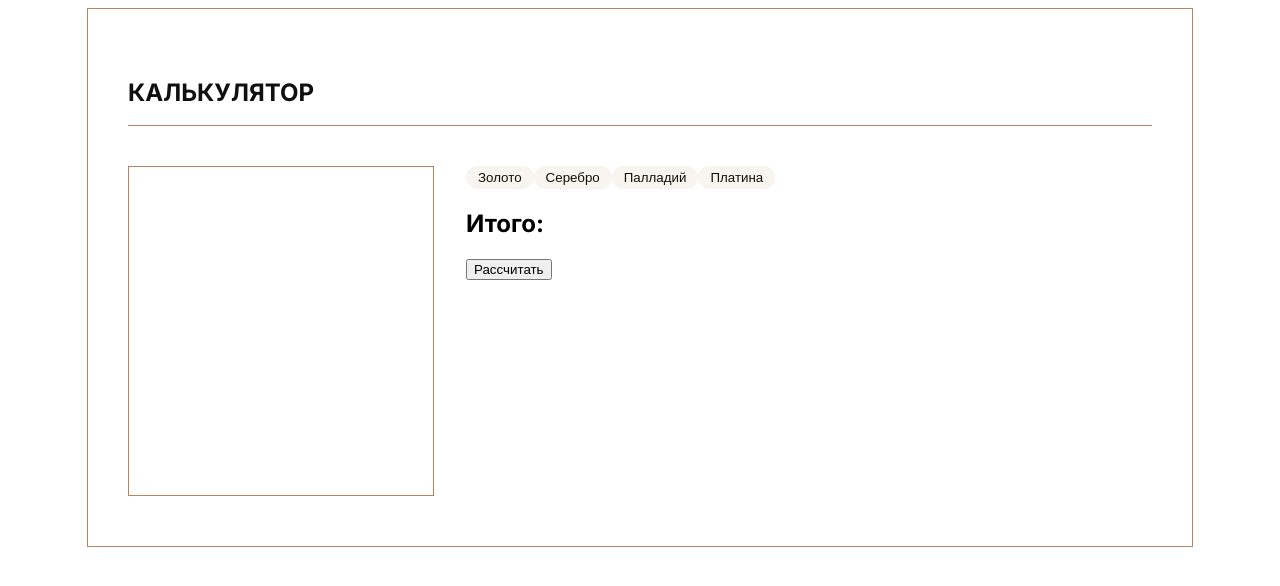
Repository: Kirill2034/Calculator-metal
Page: /
An editor plug-in stored every save of this project. The page is shown before and after the next save, followed by the edit.
The browser window is 1280 px wide. The pictures show the whole page.
The project was rebuilt for these pictures with package versions that can differ from the ones it lists, and the page was loaded fresh each time.

Above is the page before, as saved 2021-11-27 18:35:20.

### public/index.html
<!DOCTYPE html>
<html lang="en">
  <head>
    <meta charset="utf-8" />
    <meta name="viewport" content="width=device-width, initial-scale=1" />

    <link rel="preconnect" href="https://fonts.googleapis.com">
    <link rel="preconnect" href="https://fonts.gstatic.com" crossorigin>
    <link href="https://fonts.googleapis.com/css2?family=Inter:wght@300;400;500;700&display=swap" rel="stylesheet">

    <title>Калькулятор</title>
  </head>
  <body>
    <div id="root"></div>
  </body>
</html>

### src/App.js
import React, { useState } from 'react';
import './App.css';
import {BtnRadio} from './components/BtnRadio';

const metals = [
  {
    id: 1,
    code: "gold",
    title: "Золото",
    finenessList: [
      {id: 1, value: 375, cash: 90, checkingAccount: 100},
      {id: 1, value: 575, cash: 190, checkingAccount: 250}
    ]
  },
  {
    id: 2,
    code: "argent",
    title: "Серебро",
    finenessList: [
      {id: 1, value: 375, cash: 90, checkingAccount: 100},
      {id: 1, value: 575, cash: 190, checkingAccount: 250}
    ]
  },
  {
    id: 3,
    code: "palladium",
    title: "Палладий",
    finenessList: [
      {id: 1, value: 375, cash: 90, checkingAccount: 100},
      {id: 1, value: 575, cash: 190, checkingAccount: 250}
    ]
  },
  {
    id: 4,
    code: "platinum",
    title: "Платина",
    finenessList: [
      {id: 1, value: 375, cash: 90, checkingAccount: 100},
      {id: 1, value: 575, cash: 190, checkingAccount: 250}
    ]
  },
]

const App = () => {

  const [selectedMetalId, setselectedMetalId] = useState(null);

  const onMetalItemClick = (id) => {
    setselectedMetalId(id);
  };

  return (
    <div className="App">
      <div className="title">
        <h2>Калькулятор</h2>
      </div>
      <div className="calculator">
        <div className="metal-image"></div>
        <div className="content">
          <div className="check-metal">
            {metals.map((metal) => (
            <BtnRadio
              key={metal.id}
              item={metal}
              selected={selectedMetalId === metal.id}
              onClick={onMetalItemClick}
              />
          ))}
          </div>
          <div className="select-prop-metal"></div>
          <div className="calculate">
            <h2>Итого:</h2>
            <button>Рассчитать</button>
          </div>
        </div>
      </div>
    </div>
  );
}

export default App;

### src/App.css
.App {width: 1024px; height: 537px; border: 1px solid #B48565; margin: 0 auto; font-family: 'Inter', sans-serif; padding: 0 40px;}
.App .title {border-bottom: 1px solid #B48565; text-transform: uppercase; font-weight: 900; font-size: 16px; line-height: 24px; color: #101010; margin-top: 72px; margin-bottom: 40px;}

.App .calculator {display: flex;}
.App .calculator .metal-image {width: 304px; height: 328px; border: 1px solid #B48565; margin-right: 32px;}

### src/components/BtnRadio/index.js
import BtnRadio from './BtnRadio.js';
export {BtnRadio};

### src/components/BtnRadio/BtnRadio.js
import React from 'react';
import './BtnRadio.css';
import cn from "classnames";

const BtnRadio = ({item, selected, onClick}) => {
    return (
        <button
            className={cn("BtnRadio", {selected})}
            onClick={() => onClick(item.id)}
        >{item.title}</button>
    )
}

export default BtnRadio;

### src/components/BtnRadio/BtnRadio.css
.BtnRadio {border: none; box-shadow: none; outline: none; background: #F8F5EE; border-radius: 100px; padding: 4px 12px; color: #101010};
.BtnRadio:hover {border: 1px solid #B48565; cursor: pointer;}
.BtnRadio.selected {color: #F8F5EE; background: #B48565;}

Loaded but not shown: src/index.js (common file)

After the next save:
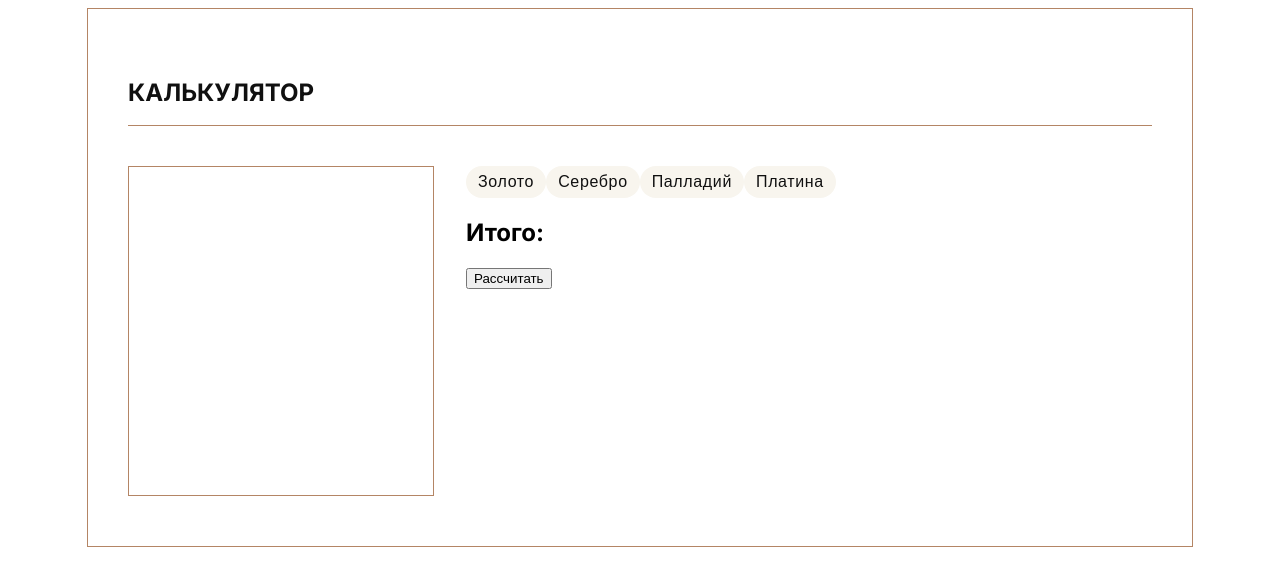
Saved 41 s later.
--- a/src/components/BtnRadio/BtnRadio.css
+++ b/src/components/BtnRadio/BtnRadio.css
@@ -1,3 +1,3 @@
-.BtnRadio {border: none; box-shadow: none; outline: none; background: #F8F5EE; border-radius: 100px; padding: 4px 12px; color: #101010};
+.BtnRadio {border: none; box-shadow: none; outline: none; background: #F8F5EE; border-radius: 100px; padding: 4px 12px; color: #101010; font-weight: normal; font-size: 16px; line-height: 24px; letter-spacing: 0.04em;};
 .BtnRadio:hover {border: 1px solid #B48565; cursor: pointer;}
 .BtnRadio.selected {color: #F8F5EE; background: #B48565;}
